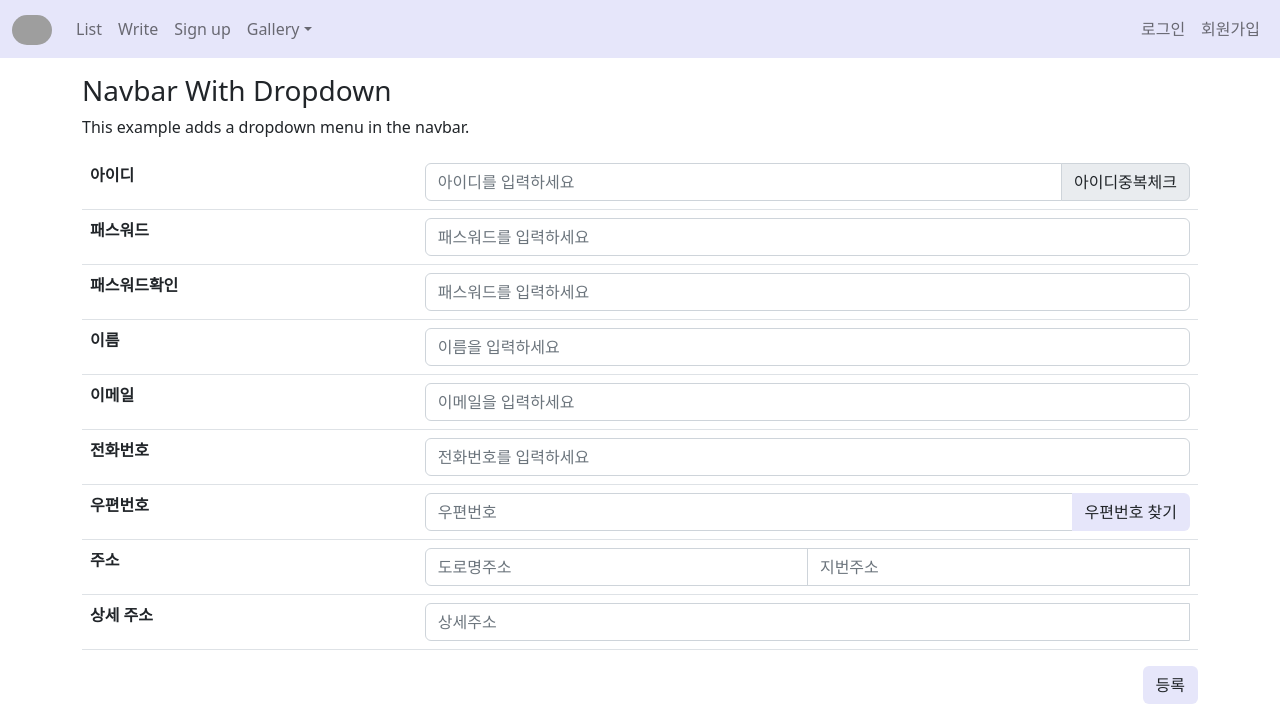
Repository: kwakhimoly/ws_backup
Page: http://localhost/myapp3/WEB-INF/views/member/member_write.jsp
The author's editor kept a copy of each file at every save. The page is drawn from the files as they stood at one save, then again after the next save.
The browser window is 1280 px wide. The pictures show the whole page.
Pictures or frames that could not be fetched are drawn as grey boxes. The page is served by Tomcat 9. Nobody is signed in. The template is opened directly, without the code that normally fills it, so the values that code supplies are empty.

Above is the page before, as saved 2023-02-13 07:28:46.

After the next save:
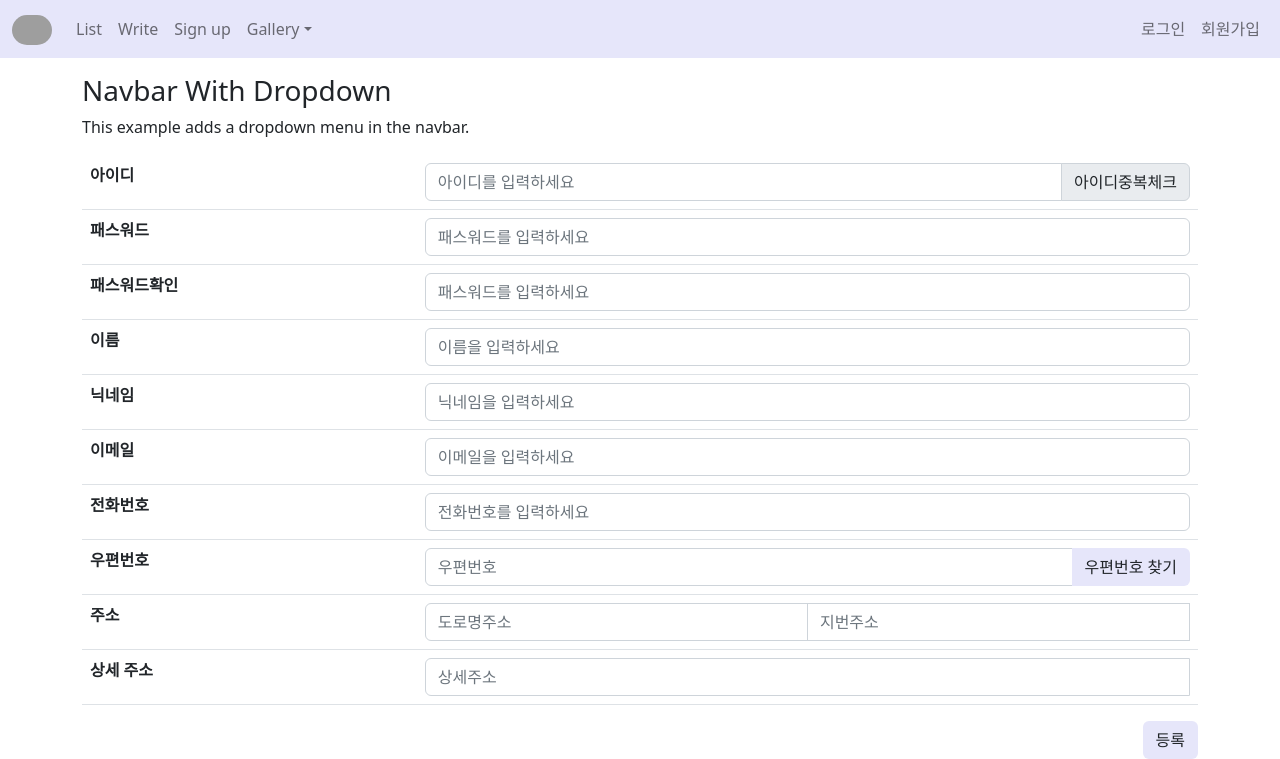
Saved 2 min 30 s later.
--- a/spws/myapp3/src/main/webapp/WEB-INF/views/member/member_write.jsp
+++ b/spws/myapp3/src/main/webapp/WEB-INF/views/member/member_write.jsp
@@ -36,9 +36,8 @@
 						<th>아이디</th>
 						<td>
 							<div class="input-group">
-								<input type="text" class="form-control" placeholder="아이디를 입력하세요"
-									name="user_id" id="user_id"> <button type="button"
-									class="input-group-text" onclick="goIdcheck()">아이디중복체크</button>
+								<input type="text" class="form-control" placeholder="아이디를 입력하세요" name="user_id" id="user_id">
+									<button type="button" class="input-group-text" onclick="goIdcheck()">아이디중복체크</button>
 							</div>
 						</td>
 					</tr>
@@ -46,8 +45,7 @@
 						<th>패스워드</th>
 						<td>
 							<div class="input-group">
-								<input type="password" class="form-control"
-									placeholder="패스워드를 입력하세요" name="password" id="password">
+								<input type="password" class="form-control" placeholder="패스워드를 입력하세요" name="password" id="password">
 							</div>
 						</td>
 					</tr>
@@ -55,8 +53,7 @@
 						<th>패스워드확인</th>
 						<td>
 							<div class="input-group">
-								<input type="password" class="form-control"
-									placeholder="패스워드를 입력하세요" name="password2" id="password2">
+								<input type="password" class="form-control" placeholder="패스워드를 입력하세요" name="password2" id="password2">
 							</div>
 						</td>
 					</tr>
@@ -64,8 +61,15 @@
 						<th>이름</th>
 						<td>
 							<div class="input-group">
-								<input type="text" class="form-control" placeholder="이름을 입력하세요"
-									name="user_name" id="user_name">
+								<input type="text" class="form-control" placeholder="이름을 입력하세요" name="user_name" id="user_name">
+							</div>
+						</td>
+					</tr>
+					<tr>
+						<th>닉네임</th>
+						<td>
+							<div class="input-group">
+								<input type="text" class="form-control" placeholder="닉네임을 입력하세요" name="nickname" id="nickname">
 							</div>
 						</td>
 					</tr>
@@ -73,8 +77,7 @@
 						<th>이메일</th>
 						<td>
 							<div class="input-group">
-								<input type="email" class="form-control" placeholder="이메일을 입력하세요"
-									name="email" id="email">
+								<input type="email" class="form-control" placeholder="이메일을 입력하세요" name="email" id="email">
 							</div>
 						</td>
 					</tr>
@@ -82,8 +85,7 @@
 						<th>전화번호</th>
 						<td>
 							<div class="input-group">
-								<input type="tel" class="form-control" placeholder="전화번호를 입력하세요"
-									name="phone" id="phone">
+								<input type="tel" class="form-control" placeholder="전화번호를 입력하세요" name="phone" id="phone">
 							</div>
 						</td>
 					</tr>
